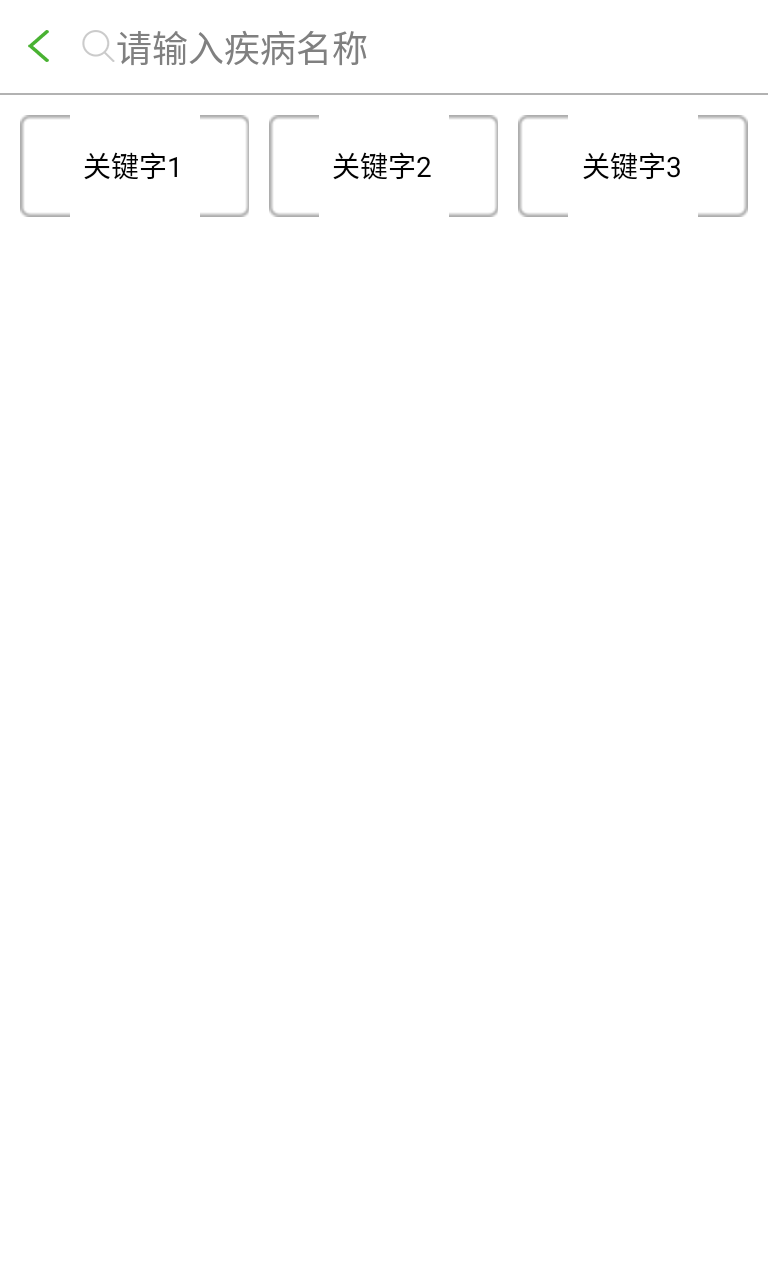
Repository: hjhlove110/XYApp
Layout: XYApp/res/layout/serache_view.xml
An editor plug-in stored every save of this project. The layout is shown before and after the next save, followed by the edit.
It is drawn on a 768 x 1280 px phone screen (xhdpi) without system bars, with theme Translucent; the app's code is not run.

Above is the layout before, as saved 2015-09-23 05:40:55.

### XYApp/res/layout/serache_view.xml
<LinearLayout xmlns:android="http://schemas.android.com/apk/res/android"
    android:layout_width="fill_parent"
    android:layout_height="fill_parent"
    android:background="#ffffff"
    android:orientation="vertical" >

    <LinearLayout
        android:layout_width="match_parent"
        android:layout_height="wrap_content"
        android:layout_margin="10dp"
        android:gravity="left|center_vertical"
        android:orientation="horizontal" >

        <ImageButton
            android:id="@+id/btnBack"
            android:layout_width="wrap_content"
            android:layout_height="wrap_content"
            android:background="@drawable/btn_back_selector" />

        <EditText
            android:id="@+id/title"
            android:layout_width="0dp"
            android:layout_height="wrap_content"
            android:layout_weight="1"
            android:background="@null"
            android:drawableLeft="@drawable/serach1"
            android:gravity="center_vertical|left"
            android:hint="请输入疾病名称"
            android:paddingLeft="10dp"
            android:textColor="#49b233" />
    </LinearLayout>

    <View
        android:layout_width="match_parent"
        android:layout_height="1dp"
        android:background="#b2b2b2" />

    <LinearLayout
        android:layout_width="match_parent"
        android:layout_height="wrap_content"
        android:layout_margin="10dp"
        android:orientation="horizontal" >

        <Button
            android:id="@+id/btnMsg1"
            android:layout_width="0dp"
            android:layout_height="wrap_content"
            android:layout_weight="1"
            android:background="@drawable/txtbg"
            android:text="关键字1" />

        <Button
            android:id="@+id/btnMsg2"
            android:layout_width="0dp"
            android:layout_height="wrap_content"
            android:layout_marginLeft="10dp"
            android:layout_marginRight="10dp"
            android:layout_weight="1"
            android:background="@drawable/txtbg"
            android:text="关键字2" />

        <Button
            android:id="@+id/btnMsg3"
            android:layout_width="0dp"
            android:layout_height="wrap_content"
            android:layout_weight="1"
            android:background="@drawable/txtbg"
            android:text="关键字3" />
    </LinearLayout>

</LinearLayout>

### XYApp/res/values/styles.xml
<resources>

    <!--
        Base application theme, dependent on API level. This theme is replaced
        by AppBaseTheme from res/values-vXX/styles.xml on newer devices.



    -->
    <style name="AppBaseTheme" parent="Theme.AppCompat.Light">
        <!--
            Theme customizations available in newer API levels can go in
            res/values-vXX/styles.xml, while customizations related to
            backward-compatibility can go here.



        -->
    </style>

    <!-- Application theme. -->
    <style name="AppTheme" parent="AppBaseTheme">

        <!-- All customizations that are NOT specific to a particular API-level can go here. -->
        <item name="android:windowNoTitle">true</item>
    </style>

    <style name="CheckBoxMain">
        <item name="android:button">@null</item>
        <item name="android:paddingTop">12dip</item>
        <item name="android:gravity">center</item>
        <item name="android:background">@drawable/bg_mune</item>
        <item name="android:textSize">14sp</item>
        <item name="android:textColor">#656565</item>
        <item name="android:layout_width">0dip</item>
        <item name="android:layout_height">wrap_content</item>
        <item name="android:layout_weight">1</item>
    </style>

    <style name="Translucent" parent="@android:style/Theme.Translucent">
        <item name="android:windowNoTitle">true</item>
        <item name="android:windowIsFloating">true</item>
        <item name="android:windowIsTranslucent">true</item>
        <item name="android:windowContentOverlay">@null</item>
        <item name="android:windowAnimationStyle">@android:style/Animation.Dialog</item>
        <item name="android:backgroundDimEnabled">true</item>
    </style>

</resources>

### XYApp/res/drawable/btn_back_selector.xml
<?xml version="1.0" encoding="UTF-8"?>
<selector xmlns:android="http://schemas.android.com/apk/res/android">

    <item android:drawable="@drawable/l_back_p" android:state_checked="true"/>
    <item android:drawable="@drawable/l_back_p" android:state_pressed="true"/>
    <item android:drawable="@drawable/l_back"/>

</selector>

### XYApp/res/drawable/txt_bg.xml
<?xml version="1.0" encoding="utf-8"?>
<shape xmlns:android="http://schemas.android.com/apk/res/android"
    android:shape="rectangle" >

    <corners android:radius="3dp" />

    <solid android:color="#ffffff" />

    <stroke
        android:width="1dp"
        android:color="#b2b2b2" />

</shape>

After the next save:
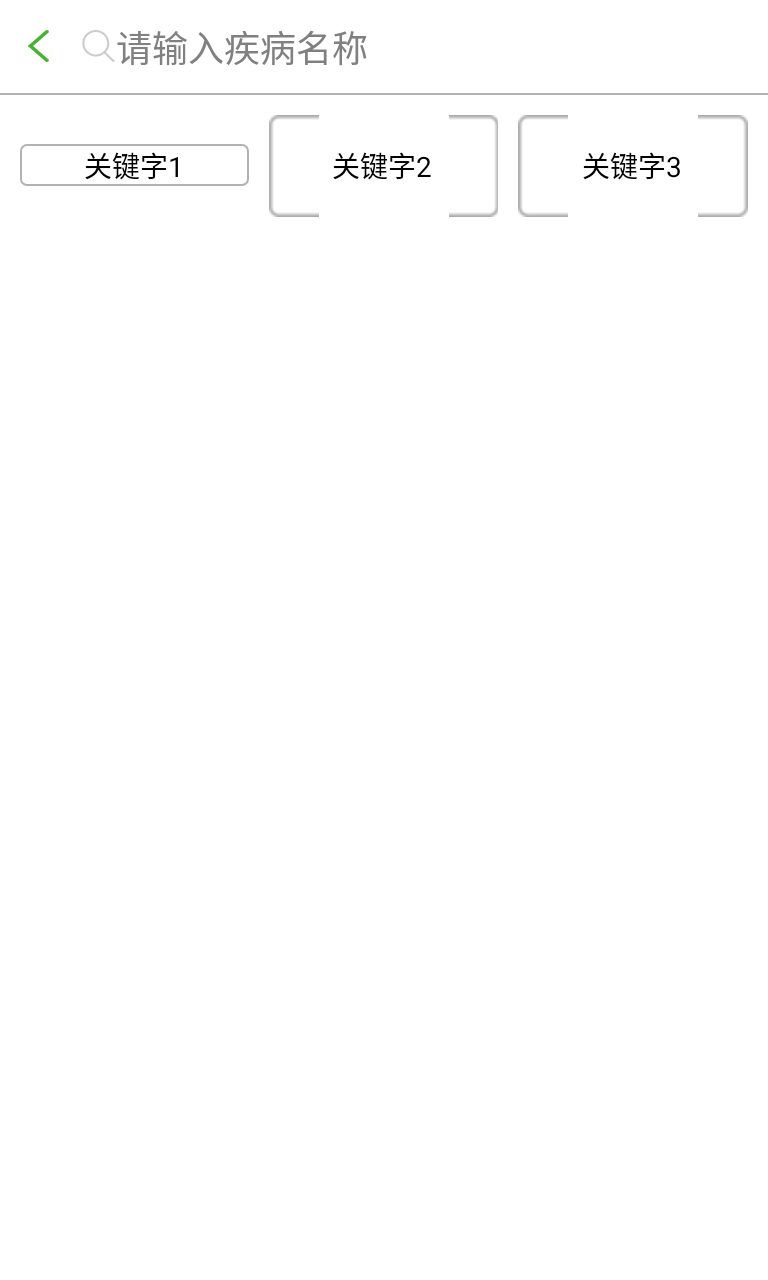
Saved 14 s later.
--- a/XYApp/res/layout/serache_view.xml
+++ b/XYApp/res/layout/serache_view.xml
@@ -46,7 +46,7 @@
             android:layout_width="0dp"
             android:layout_height="wrap_content"
             android:layout_weight="1"
-            android:background="@drawable/txtbg"
+            android:background="@drawable/txt_bg"
             android:text="关键字1" />
 
         <Button
